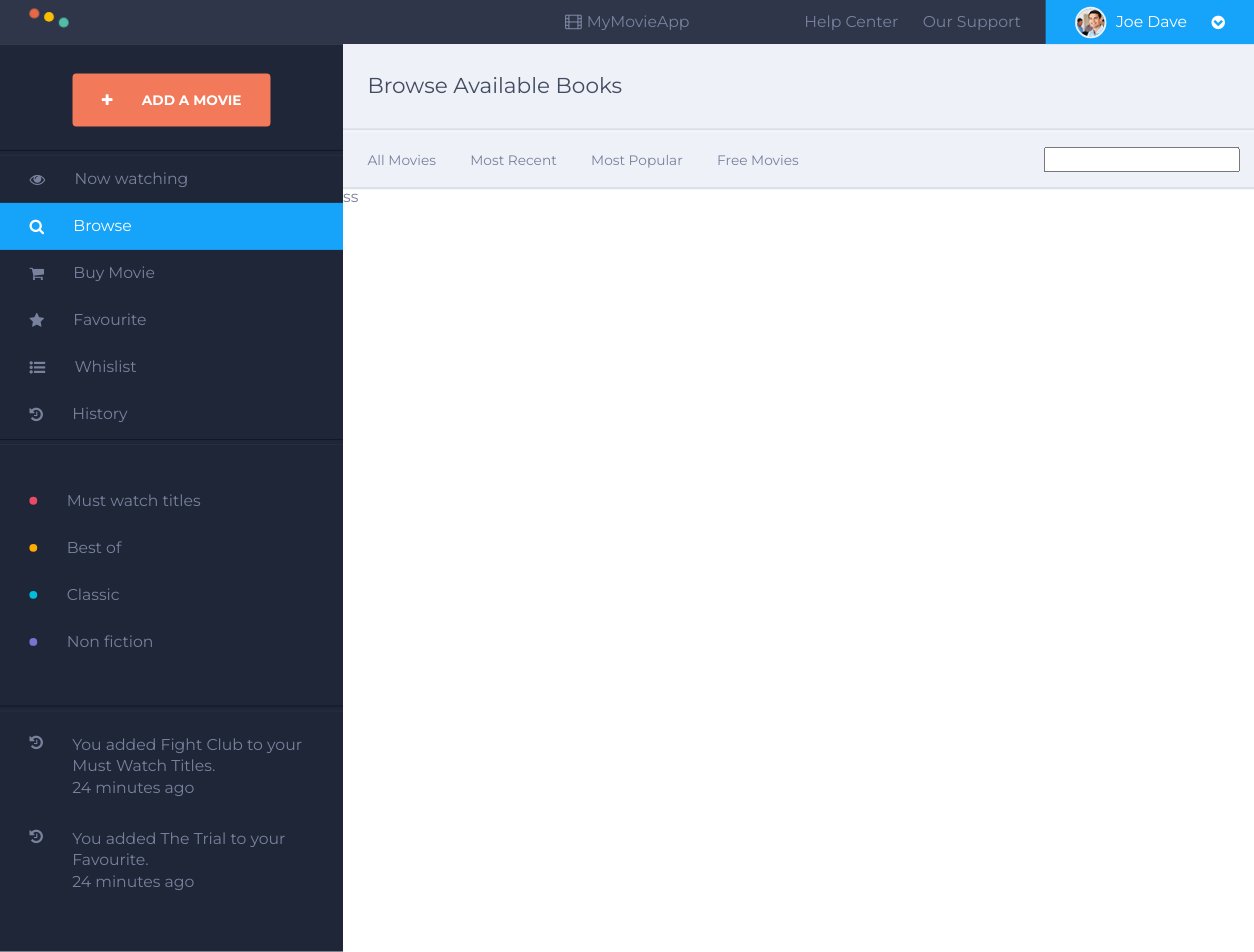
Repository: zyng/movie
Page: /
The author's editor kept a copy of each file at every save. The page is drawn from the files as they stood at one save, then again after the next save.
The browser window is 1280 px wide. The pictures show the whole page, at 98% of full size.
Some web libraries are served in a nearby version. The project was rebuilt for these pictures with package versions that can differ from the ones it lists, and the page was loaded fresh each time.

Above is the page before, as saved 2019-01-16 23:59:30.

After the next save:
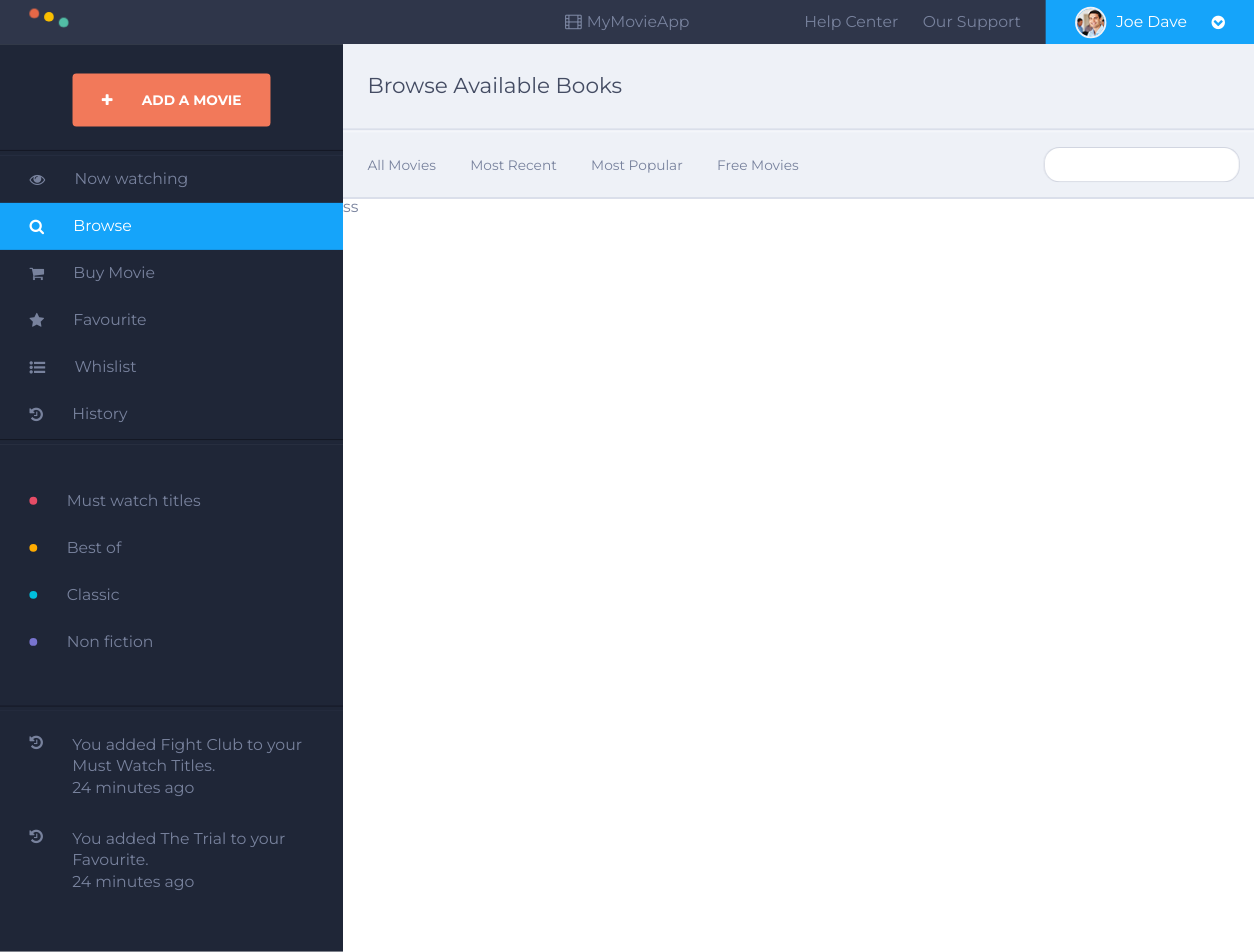
Saved 48 s later.
--- a/src/components/Main/Main.js
+++ b/src/components/Main/Main.js
@@ -20,7 +20,9 @@
                             <li>Most Popular</li>
                             <li>Free Movies</li>
                         </ul>
-                        <input type="text" className="main__movie-search" />
+                        <label htmlFor="search-movi">
+                            <input type="text" id="search-movie" className="main__movie-search" />
+                        </label>
                     </div>
                 </header>
 
